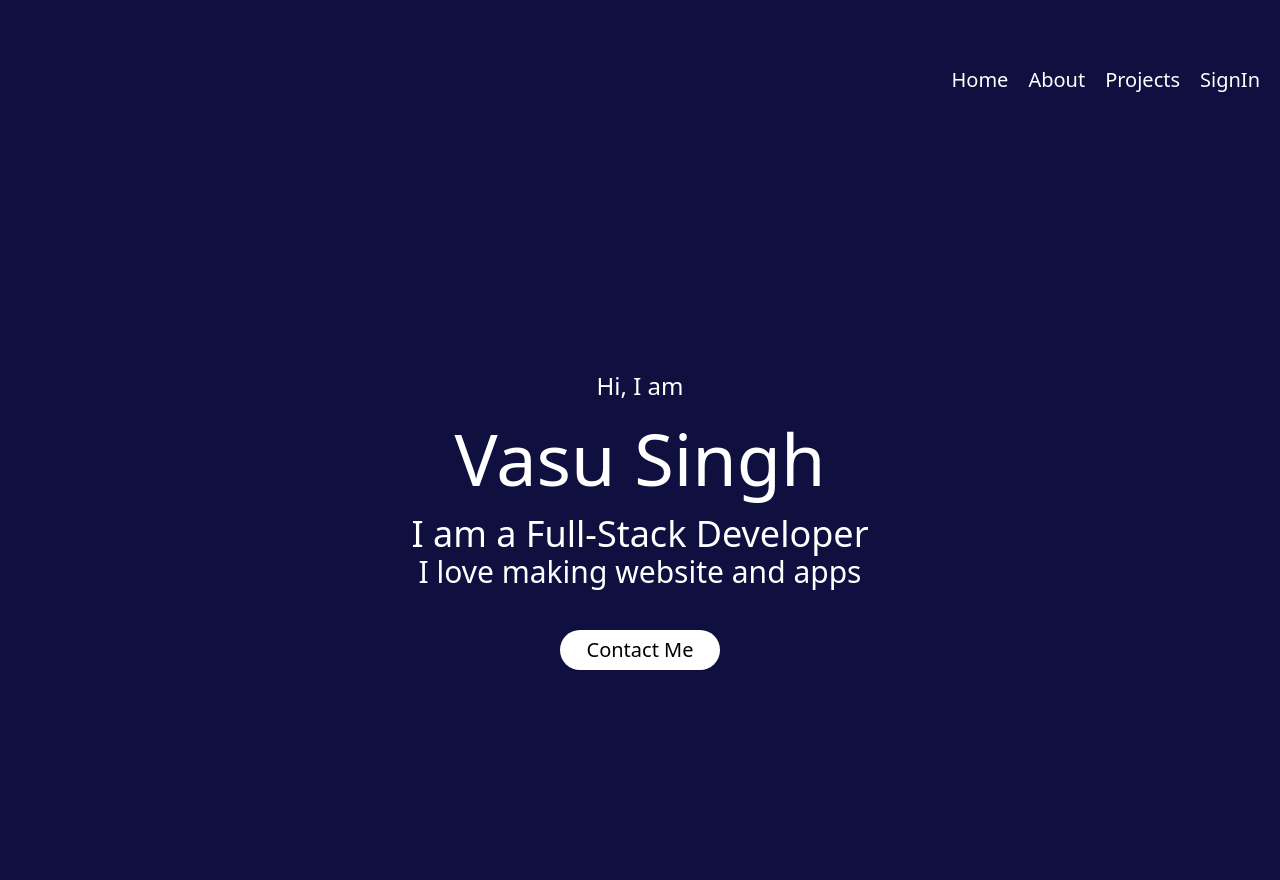
Repository: vasucp1207/vasuDev
Page: /
An editor plug-in stored every save of this project. The page is shown before and after the next save, followed by the edit.
The browser window is 1280 px wide. The pictures show the whole page.
The project was rebuilt for these pictures with package versions that can differ from the ones it lists, and the page was loaded fresh each time. The framework's server and built-in components were replaced by stand-ins that run in the browser. Also part of the build but not shown: next.config.js.

Above is the page before, as saved 2022-07-17 23:11:14.

After the next save:
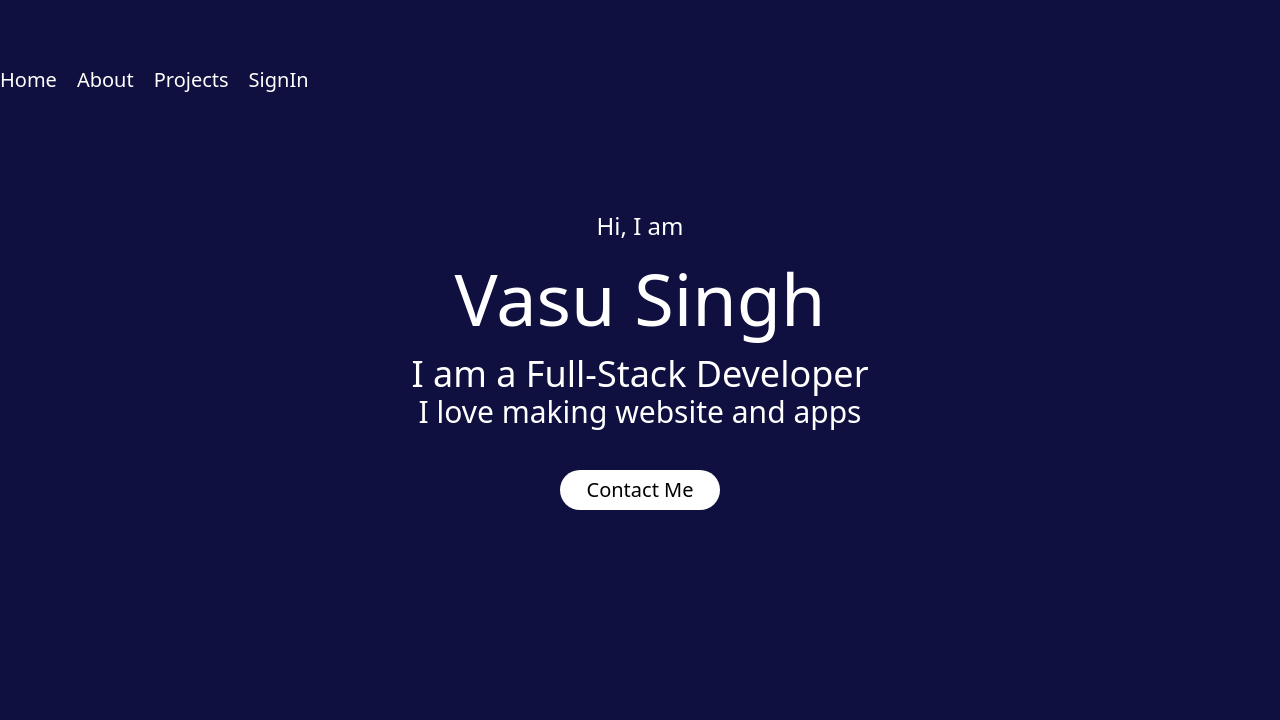
Saved 18 s later.
--- a/pages/Navbar.tsx
+++ b/pages/Navbar.tsx
@@ -2,7 +2,7 @@
 
 function Navbar() {
   return (
-    <div className='h-40 bg-transparent flex justify-end items-center'>
+    <div className='absolute h-40 bg-transparent flex justify-end items-center'>
         <div className='flex space-x-5 text-xl font-normal mr-5'>
             <p>Home</p>
             <p>About</p>

After the 3 saves that followed:
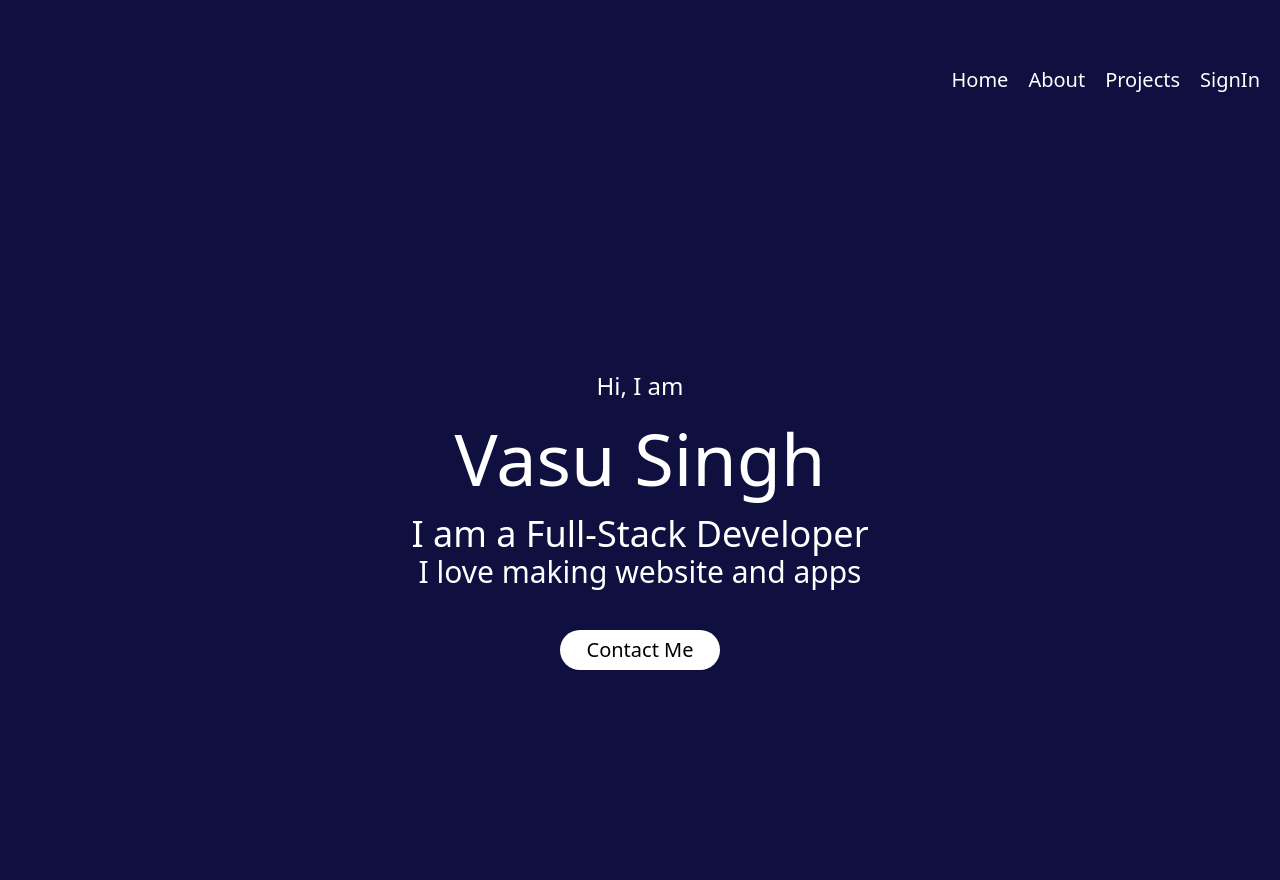
The 3 saves are shown as one change because 1 left the picture as it was and some came seconds apart.
The last was saved 29 s later.
--- a/pages/Navbar.tsx
+++ b/pages/Navbar.tsx
@@ -2,7 +2,7 @@
 
 function Navbar() {
   return (
-    <div className='absolute h-40 bg-transparent flex justify-end items-center'>
+    <div className='h-40 bg-transparent flex justify-end items-center'>
         <div className='flex space-x-5 text-xl font-normal mr-5'>
             <p>Home</p>
             <p>About</p>
